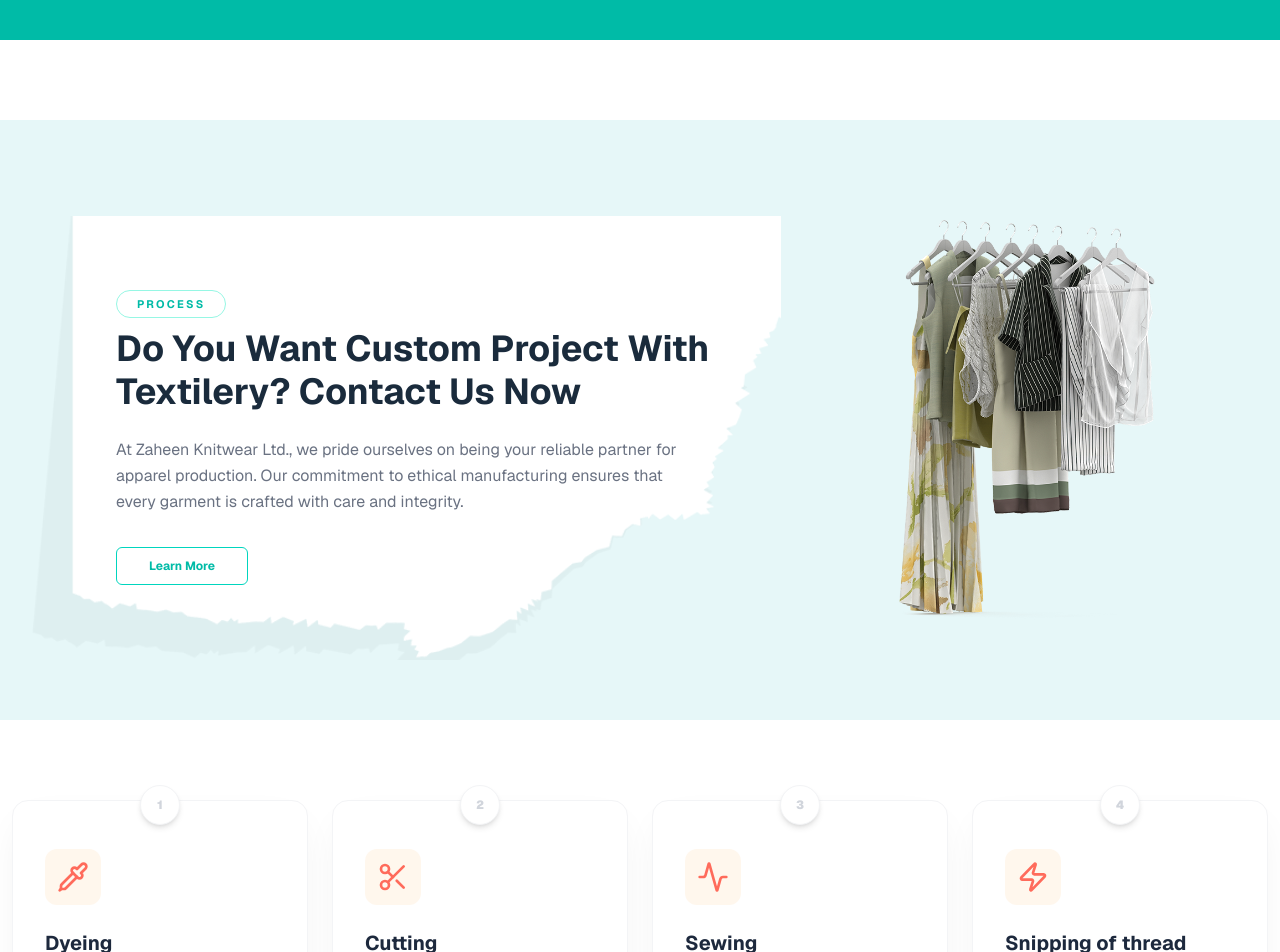
Repository: mdmuhibullahhabib/fullstack-assessment
Page: /
These files come from the project's save history. The page is drawn as it stood at one moment and after a run of saves; the edit follows.
The browser window is 1280 px wide. The pictures show the part of the page from y = 670 to 1622 px (the page is 3145 px tall).
The project was rebuilt for these pictures with package versions that can differ from the ones it lists, and the page was loaded fresh each time. The framework's server and built-in components were replaced by stand-ins that run in the browser. Also part of the build but not shown: next.config.mjs.

Above is the page before, as saved 2025-12-27 10:31:37.

After the next 2 saves:
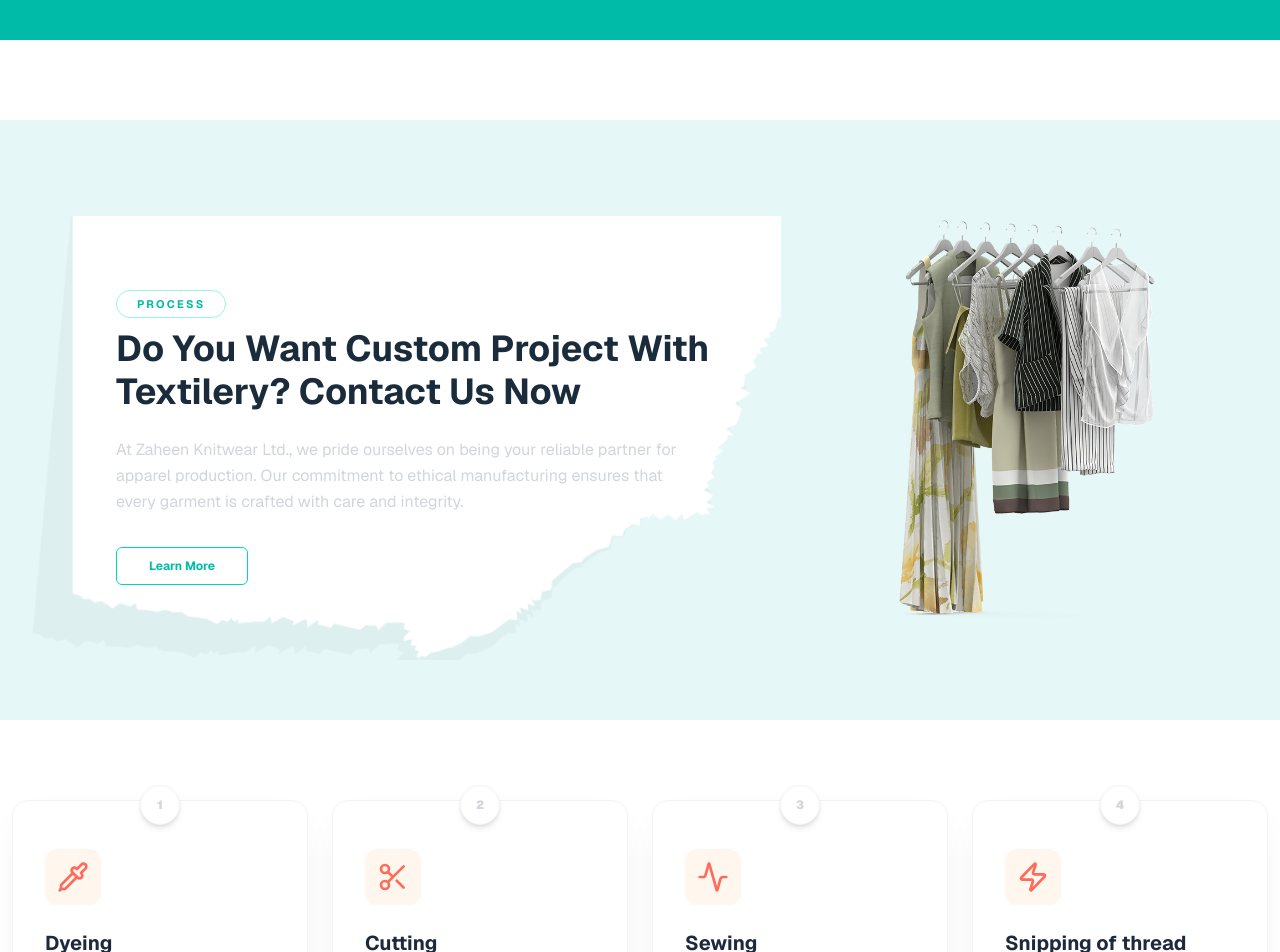
The 2 saves are shown as one change because they came seconds apart.
The last was saved 19 s later.
--- a/src/components/home/CustomProcess.jsx
+++ b/src/components/home/CustomProcess.jsx
@@ -44,7 +44,7 @@
                                 Do You Want Custom Project With Textilery? Contact Us Now
                             </h3>
 
-                            <p className="text-gray-500 text-sm md:text-base leading-relaxed max-w-xl mb-8">
+                            <p className="text-gray-300 text-sm md:text-base leading-relaxed max-w-xl mb-8">
                                 At Zaheen Knitwear Ltd., we pride ourselves on being your reliable partner for
                                 apparel production. Our commitment to ethical manufacturing ensures that
                                 every garment is crafted with care and integrity.
